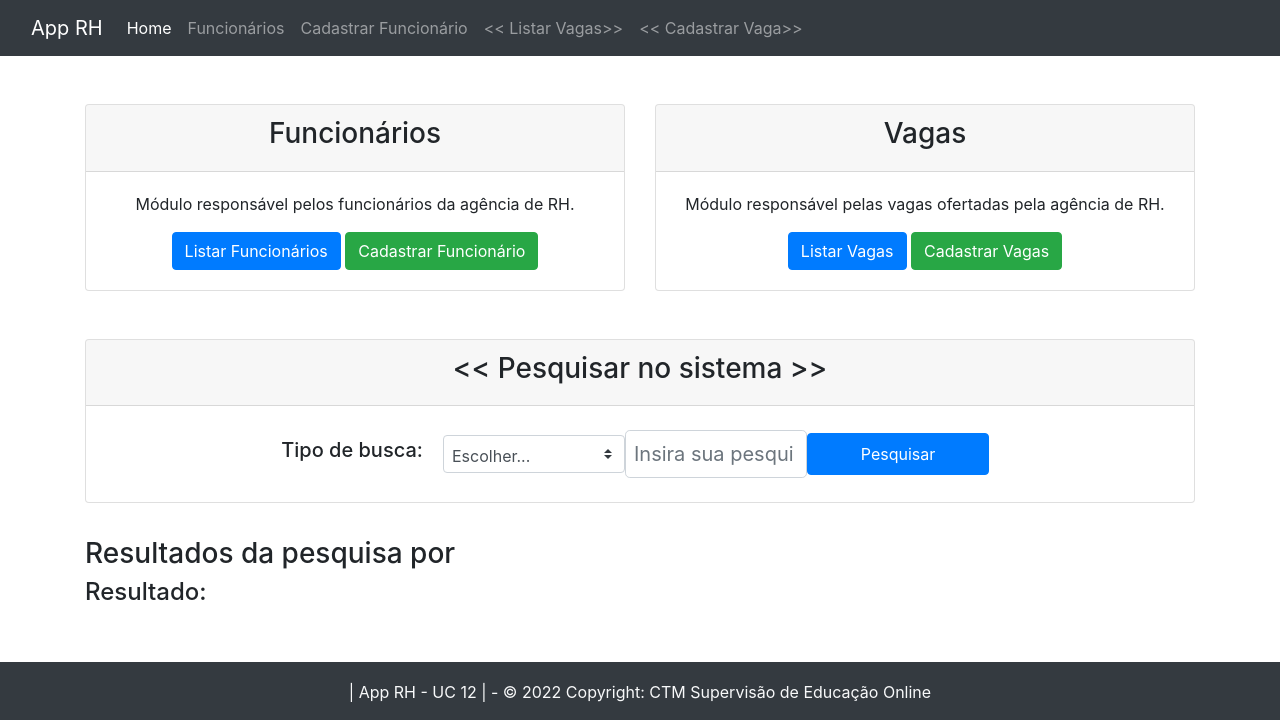
Repository: FilosoDev/SPRING-BOOT-testes
Page: http://localhost/index
An editor plug-in stored every save of this project. The page is shown before and after the next save, followed by the edit.
The browser window is 1280 px wide. The pictures show the whole page.
The page is this project's Thymeleaf template; nobody is signed in. The template is opened directly, without the code that normally fills it, so the values that code supplies are empty.

Above is the page before, as saved 2021-11-23 17:23:42.
Console error: TypeError: Cannot read properties of undefined (reading 'fn')

### AppRH/AppRH/src/main/resources/templates/index.html
<!DOCTYPE html>
<html lang=”pt-br” xmlns:th="http://thymeleaf.org"
	xmlns:layout="http://www.ultraq.net.nz/thymeleaf/layout">

<head>

<meta charset="utf-8">
<meta http-equiv="X-UA-Compatible" content="IE=edge">
<meta name="viewport" content="width=device-width, initial-scale=1">

<title>| App RH - UC 12 |</title>

<!-- Bootstrap -->
<link href="bootstrap/css/bootstrap.min.css" rel="stylesheet">

<!-- HTML5 shim e Respond.js para suporte no IE8 de elementos HTML5 e media queries -->
<!-- ALERTA: Respond.js não funciona se você visualizar uma página file:// -->
<!--[if lt IE 9]>
      <script src="https://oss.maxcdn.com/html5shiv/3.7.3/html5shiv.min.js"></script>
      <script src="https://oss.maxcdn.com/respond/1.4.2/respond.min.js"></script>
    <![endif]-->

</head>

<body>

	<header>

		<nav class="navbar navbar-expand-lg navbar-dark bg-dark">
			<div class="container-fluid">
				<a class="navbar-brand" href="/">App RH</a>
				<button class="navbar-toggler" type="button"
					data-bs-toggle="collapse" data-bs-target="#navbarNav"
					aria-controls="navbarNav" aria-expanded="false"
					aria-label="Toggle navigation">
					<span class="navbar-toggler-icon"></span>
				</button>
				<div class="collapse navbar-collapse" id="navbarNav">
					<ul class="navbar-nav">
						<li class="nav-item"><a class="nav-link active"
							aria-current="page" href="/">Home</a></li>
						<li class="nav-item"><a class="nav-link" href="/funcionarios">Funcionários</a></li>
						<li class="nav-item"><a class="nav-link"
							href="/cadastrarFuncionario">Cadastrar Funcionário</a></li>
						<li class="nav-item"><a class="nav-link" href="/vagas">
								<< Listar Vagas>> </a></li>
						<li class="nav-item"><a class="nav-link"
							href="/cadastrarVaga"> << Cadastrar Vaga>> </a></li>
					</ul>
				</div>
			</div>
		</nav>

	</header>

	<div class="container">
		<br> <br>

		<div class="row">
			<div class="col">
				<div class="card text-center">
					<div class="card-header card-title">
						<h3>Funcionários</h3>
					</div>
					<div class="card-body">

						<p class="card-text">Módulo responsável pelos funcionários da
							agência de RH.</p>
						<a href="/funcionarios" class="btn btn-primary">Listar
							Funcionários</a> <a href="/cadastrarFuncionario"
							class="btn btn-success">Cadastrar Funcionário</a>
					</div>
				</div>
			</div>
			<div class="col">
				<div class="card text-center">
					<div class="card-header  card-title">
						<h3>Vagas</h3>
					</div>
					<div class="card-body">
						<p class="card-text">Módulo responsável pelas vagas ofertadas
							pela agência de RH.</p>
						<a href="/vagas" class="btn btn-primary">Listar Vagas</a> <a
							href="/cadastrarVaga" class="btn btn-success">Cadastrar Vagas</a>
					</div>
				</div>
			</div>


		</div>
		<div class="row">
			<div class="col">
				<br> <br>
				<div class="card text-center card w-100">
					<div class="card-header">
						<h3><< Pesquisar no sistema >></h3>
					</div>



					<form class="form-inline" method="post">


						<div class="row form-group justify-content-center w-100 p-2">



								<label for="cars" class="my-3 p-2 col-10 col-md-2"><h5>Tipo de
										busca:</h5></label>



								<select name="busca" id="busca" class="custom-select my-3 p-2 col-10 col-md-2">
									<option selected>Escolher...</option>
									<option value="nomefuncionario">Nome do Funcionário</option>
									<option value="nomedependente">Nome do Dependente</option>
									<option value="nomecandidato">Nome do Candidato</option>
									<option value="titulovaga">Nome da Vaga</option>
								</select>




								<input
									class="form-control form-control-lg my-3 p-2 col-10 col-md-2"
									type="search" placeholder="Insira sua pesquisa..."
									aria-label="Pesquisar" name="nome">



								<button class="btn btn-primary my-3 p-2 col-10 col-md-2" type="submit">Pesquisar</button>


						</div>

					</form>
				</div>
			</div>
			<br>
			<div class="container">
				<h3>
				<br>
					Resultados da pesquisa por <i> <span th:text="${busca}"></span>
					</i>
				</h3>
				<h4>
					Resultado: <span th:text="${contador}"></span>
				</h4>

				<div th:each="lstdependente : ${lista}">
					<span th:text="${lstdependente.nome}"></span> <br>

				</div>


				<div th:each="funcionario : ${funcionario}">
					<div class="row">
						<p>
							<span th:text="${funcionario.id}"></span>
						</p>
						<p>
							<span th:text="${funcionario.nome}"></span>
						</p>
						<p>
							<span th:text="${funcionario.data}"></span>
						</p>
						<p>
							<span th:text="${funcionario.email}"></span>
						</p>
					</div>
				</div>

				<div th:each="dependente : ${dependentes}">
					<span th:text="${dependente.cpf}"></span> <span
						th:text="${dependente.nome}"></span> <span
						th:text="${dependente.datanascimento}"></span> <br>
				</div>



			</div>



		</div>





		<div style="height: 100px;"></div>

		<div class="footer-copyright fixed-bottom bg-dark text-center py-3">
			<span class="text-light align-middle">| App RH - UC 12 | - ©
				2022 Copyright: CTM Supervisão de Educação Online</span>
		</div>

		<!--JavaScript bootstrap-->
		<script type="text/javascript" src="bootstrap/js/bootstrap.js"></script>
		<script
			src="https://cdn.jsdelivr.net/npm/bootstrap@5.1.3/dist/js/bootstrap.bundle.min.js"
			integrity="sha384-ka7Sk0Gln4gmtz2MlQnikT1wXgYsOg+OMhuP+IlRH9sENBO0LRn5q+8nbTov4+1p"
			crossorigin="anonymous">
	</script>
</body>

</html>

Loaded but not shown: AppRH/AppRH/src/main/resources/static/bootstrap/css/bootstrap.min.css (library); AppRH/AppRH/src/main/resources/static/bootstrap/js/bootstrap.js (library)

After the next save:
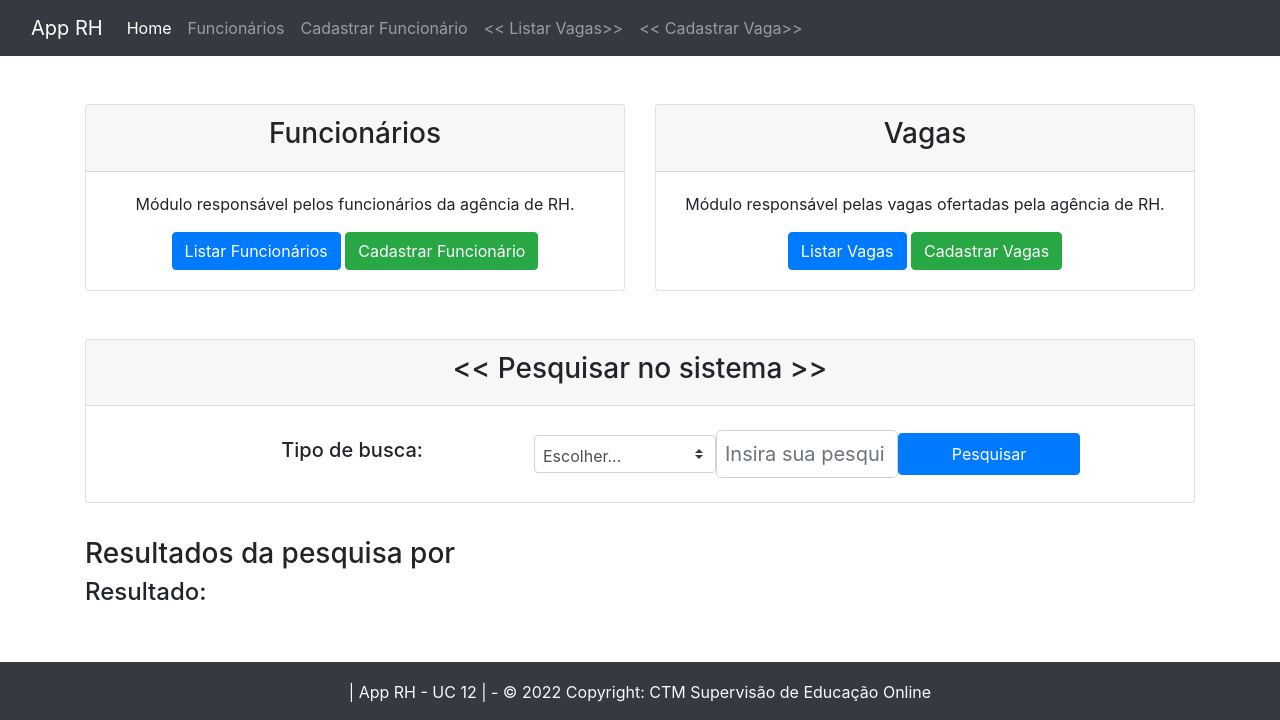
Saved 59 s later.
--- a/AppRH/AppRH/src/main/resources/templates/index.html
+++ b/AppRH/AppRH/src/main/resources/templates/index.html
@@ -105,7 +105,7 @@
 
 
 
-								<label for="cars" class="my-3 p-2 col-10 col-md-2"><h5>Tipo de
+								<label for="cars" class="my-3 p-2 col-6 col-md-4"><h5>Tipo de
 										busca:</h5></label>
 
 
